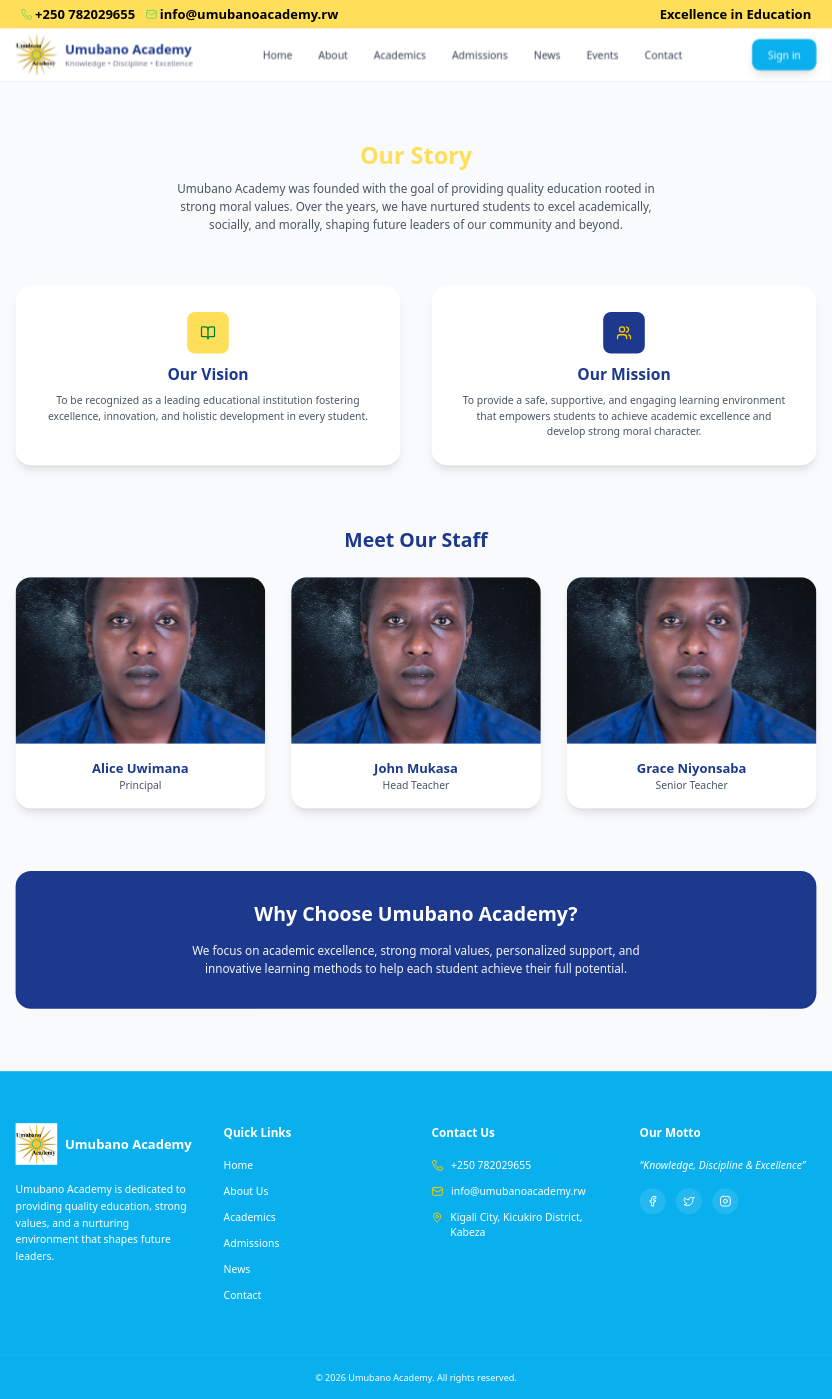
Repository: Umubano-Academy/umubano-academy-website
Page: /aboutus
These files come from the project's save history. The page is drawn as it stood at one moment and after the next save; the edit follows.
The browser window is 1280 px wide. The pictures show the whole page, at 65% of full size.
The project was rebuilt for these pictures with package versions that can differ from the ones it lists, and the page was loaded fresh each time. Also part of the build but not shown: vite.config.js, src/components/guest/Hero.jsx, src/components/guest/Event.jsx, src/components/guest/News.jsx, src/components/guest/Contact.jsx, src/components/guest/Home.jsx, src/components/guest/Admission.jsx, src/components/guest/Academic.jsx and 7 more.

Above is the page before, as saved 2026-01-13 19:26:03.

After the next save:
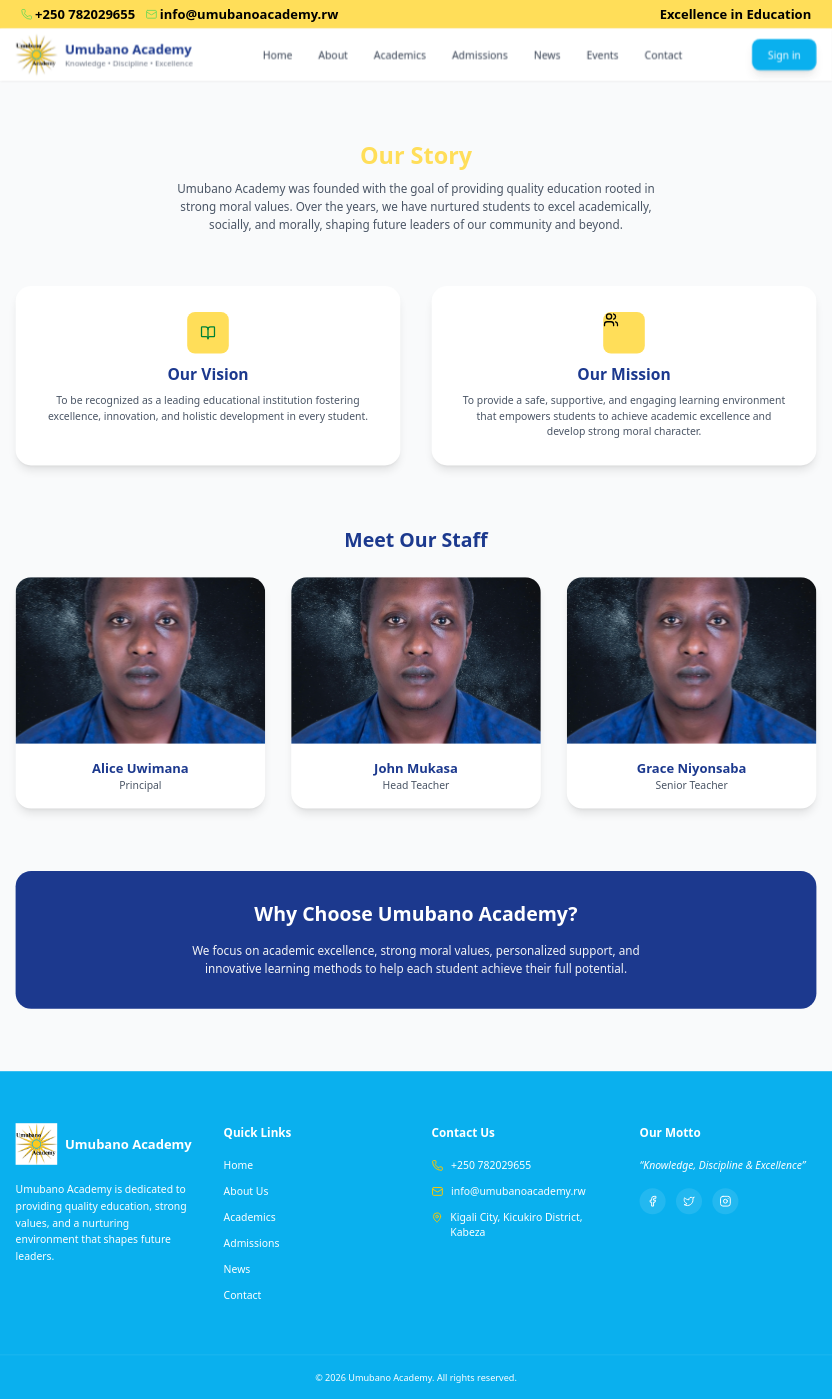
Saved 34 s later.
--- a/src/components/guest/About.jsx
+++ b/src/components/guest/About.jsx
@@ -61,7 +61,7 @@ function About() {
             variants={{ hidden: { opacity: 0, y: 40 }, visible: { opacity: 1, y: 0 } }}
             className="bg-white rounded-3xl shadow-lg p-10 flex flex-col items-center text-center hover:shadow-2xl transition"
           >
-            <div className="w-16 h-16 bg-blue-900 text-yellow-400 flex items-center justify-center rounded-xl mb-4">
+            <div className="w-16 h-16 bg-[#FFDE59] text-green-700flex items-center justify-center rounded-xl mb-4">
               <Users />
             </div>
             <h4 className="text-2xl font-bold text-blue-900 mb-3">Our Mission</h4>
